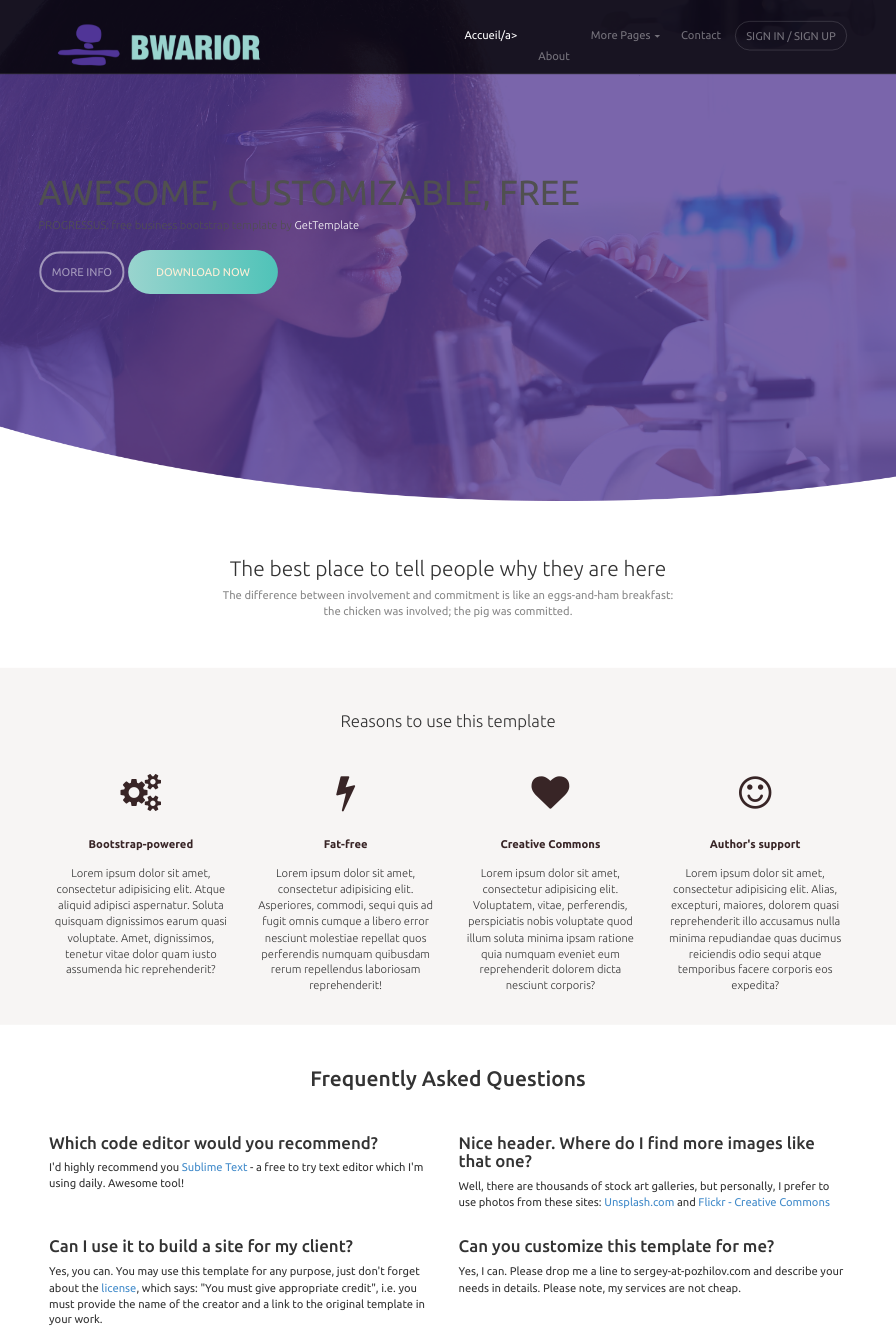
Repository: madaliou/bwarior
Page: index.html
These files come from the project's save history. The page is drawn as it stood at one moment and after the next save; the edit follows.
The browser window is 1280 px wide. The pictures show the part of the page from y = 0 to 1920 px (the page is 2676 px tall), at 70% of full size.
Some web libraries are served in a nearby version.

Above is the page before, as saved 2020-09-01 07:11:04.

### index.html
<!DOCTYPE html>
<html lang="en">
<head>
	<meta charset="utf-8">
	<meta name="viewport"    content="width=device-width, initial-scale=1.0">
	<meta name="description" content="">
	<meta name="author"      content="Sergey Pozhilov (GetTemplate.com)">

	<title>Progressus - Free business bootstrap template by GetTemplate</title>

	<link rel="shortcut icon" href="assets/images/gt_favicon.png">

	<link rel="stylesheet" media="screen" href="http://fonts.googleapis.com/css?family=Open+Sans:300,400,700">
	<link rel="stylesheet" href="assets/css/bootstrap.min.css">
	<link rel="stylesheet" href="assets/css/font-awesome.min.css">

	<!-- Custom styles for our template -->
	<link rel="stylesheet" href="assets/css/bootstrap-theme.css" media="screen" >
	<link rel="stylesheet" href="assets/css/main.css">

	<!-- HTML5 shim and Respond.js IE8 support of HTML5 elements and media queries -->
	<!--[if lt IE 9]>
	<script src="assets/js/html5shiv.js"></script>
	<script src="assets/js/respond.min.js"></script>
	<![endif]-->
</head>

<body class="home">
	<!-- Fixed navbar -->
	<div class="navbar navbar-inverse navbar-fixed-top headroom" >
		<div class="container">
			<div class="navbar-header">
				<!-- Button for smallest screens -->
				<button type="button" class="navbar-toggle" data-toggle="collapse" data-target=".navbar-collapse"><span class="icon-bar"></span> <span class="icon-bar"></span> <span class="icon-bar"></span> </button>
				<a class="navbar-brand" href="index.html"><img src="assets/images/logo.png" alt="Progressus HTML5 template"></a>
			</div>
			<div class="navbar-collapse collapse">
				<ul class="nav navbar-nav pull-right">
					<li class="active"><a href="#">Accueil/a></li>
					<li><a href="about.html">About</a></li>
					<li class="dropdown">
						<a href="#" class="dropdown-toggle" data-toggle="dropdown">More Pages <b class="caret"></b></a>
						<ul class="dropdown-menu">
							<li><a href="sidebar-left.html">Left Sidebar</a></li>
							<li class="active"><a href="sidebar-right.html">Right Sidebar</a></li>
						</ul>
					</li>
					<li><a href="contact.html">Contact</a></li>
					<li><a class="btn" href="signin.html">SIGN IN / SIGN UP</a></li>
				</ul>
			</div><!--/.nav-collapse -->
		</div>
	</div>
	<!-- /.navbar -->

	<!-- Header -->
	<header id="head">
		<div class="container">
			<div class="row">
				<h1 class="lead">AWESOME, CUSTOMIZABLE, FREE</h1>
				<p class="tagline">PROGRESSUS: free business bootstrap template by <a href="http://www.gettemplate.com/?utm_source=progressus&amp;utm_medium=template&amp;utm_campaign=progressus">GetTemplate</a></p>
				<p><a class="btn btn-default btn-lg" role="button">MORE INFO</a> <a class="btn btn-action btn-lg" role="button">DOWNLOAD NOW</a></p>
			</div>
		</div>
	</header>
	<!-- /Header -->

	<!-- Intro -->
	<div class="container text-center">
		<br> <br>
		<h2 class="thin">The best place to tell people why they are here</h2>
		<p class="text-muted">
			The difference between involvement and commitment is like an eggs-and-ham breakfast:<br>
			the chicken was involved; the pig was committed.
		</p>
	</div>
	<!-- /Intro-->

	<!-- Highlights - jumbotron -->
	<div class="jumbotron top-space">
		<div class="container">

			<h3 class="text-center thin">Reasons to use this template</h3>

			<div class="row">
				<div class="col-md-3 col-sm-6 highlight">
					<div class="h-caption"><h4><i class="fa fa-cogs fa-5"></i>Bootstrap-powered</h4></div>
					<div class="h-body text-center">
						<p>Lorem ipsum dolor sit amet, consectetur adipisicing elit. Atque aliquid adipisci aspernatur. Soluta quisquam dignissimos earum quasi voluptate. Amet, dignissimos, tenetur vitae dolor quam iusto assumenda hic reprehenderit?</p>
					</div>
				</div>
				<div class="col-md-3 col-sm-6 highlight">
					<div class="h-caption"><h4><i class="fa fa-flash fa-5"></i>Fat-free</h4></div>
					<div class="h-body text-center">
						<p>Lorem ipsum dolor sit amet, consectetur adipisicing elit. Asperiores, commodi, sequi quis ad fugit omnis cumque a libero error nesciunt molestiae repellat quos perferendis numquam quibusdam rerum repellendus laboriosam reprehenderit! </p>
					</div>
				</div>
				<div class="col-md-3 col-sm-6 highlight">
					<div class="h-caption"><h4><i class="fa fa-heart fa-5"></i>Creative Commons</h4></div>
					<div class="h-body text-center">
						<p>Lorem ipsum dolor sit amet, consectetur adipisicing elit. Voluptatem, vitae, perferendis, perspiciatis nobis voluptate quod illum soluta minima ipsam ratione quia numquam eveniet eum reprehenderit dolorem dicta nesciunt corporis?</p>
					</div>
				</div>
				<div class="col-md-3 col-sm-6 highlight">
					<div class="h-caption"><h4><i class="fa fa-smile-o fa-5"></i>Author's support</h4></div>
					<div class="h-body text-center">
						<p>Lorem ipsum dolor sit amet, consectetur adipisicing elit. Alias, excepturi, maiores, dolorem quasi reprehenderit illo accusamus nulla minima repudiandae quas ducimus reiciendis odio sequi atque temporibus facere corporis eos expedita? </p>
					</div>
				</div>
			</div> <!-- /row  -->

		</div>
	</div>
	<!-- /Highlights -->

	<!-- container -->
	<div class="container">

		<h2 class="text-center top-space">Frequently Asked Questions</h2>
		<br>

		<div class="row">
			<div class="col-sm-6">
				<h3>Which code editor would you recommend?</h3>
				<p>I'd highly recommend you <a href="http://www.sublimetext.com/">Sublime Text</a> - a free to try text editor which I'm using daily. Awesome tool!</p>
			</div>
			<div class="col-sm-6">
				<h3>Nice header. Where do I find more images like that one?</h3>
				<p>
					Well, there are thousands of stock art galleries, but personally,
					I prefer to use photos from these sites: <a href="http://unsplash.com">Unsplash.com</a>
					and <a href="http://www.flickr.com/creativecommons/by-2.0/tags/">Flickr - Creative Commons</a></p>
			</div>
		</div> <!-- /row -->

		<div class="row">
			<div class="col-sm-6">
				<h3>Can I use it to build a site for my client?</h3>
				<p>
					Yes, you can. You may use this template for any purpose, just don't forget about the <a href="http://creativecommons.org/licenses/by/3.0/">license</a>,
					which says: "You must give appropriate credit", i.e. you must provide the name of the creator and a link to the original template in your work.
				</p>
			</div>
			<div class="col-sm-6">
				<h3>Can you customize this template for me?</h3>
				<p>Yes, I can. Please drop me a line to sergey-at-pozhilov.com and describe your needs in details. Please note, my services are not cheap.</p>
			</div>
		</div> <!-- /row -->

		<div class="jumbotron top-space">
			<h4>Dicta, nostrum nemo soluta sapiente sit dolor quae voluptas quidem doloribus recusandae facere magni ullam suscipit sunt atque rerum eaque iusto facilis esse nam veniam incidunt officia perspiciatis at voluptatibus. Libero, aliquid illum possimus numquam fuga.</h4>
     		<p class="text-right"><a class="btn btn-primary btn-large">Learn more »</a></p>
  		</div>

</div>	<!-- /container -->

	<!-- Social links. @TODO: replace by link/instructions in template -->
	<section id="social">
		<div class="container">
			<div class="wrapper clearfix">
				<!-- AddThis Button BEGIN -->
				<div class="addthis_toolbox addthis_default_style">
				<a class="addthis_button_facebook_like" fb:like:layout="button_count"></a>
				<a class="addthis_button_tweet"></a>
				<a class="addthis_button_linkedin_counter"></a>
				<a class="addthis_button_google_plusone" g:plusone:size="medium"></a>
				</div>
				<!-- AddThis Button END -->
			</div>
		</div>
	</section>
	<!-- /social links -->


	<footer id="footer" class="top-space">

		<div class="footer1">
			<div class="container">
				<div class="row">

					<div class="col-md-3 widget">
						<h3 class="widget-title">Contact</h3>
						<div class="widget-body">
							<p>+234 23 9873237<br>
								<a href="mailto:#">some.email@somewhere.com</a><br>
								<br>
								234 Hidden Pond Road, Ashland City, TN 37015
							</p>
						</div>
					</div>

					<div class="col-md-3 widget">
						<h3 class="widget-title">Follow me</h3>
						<div class="widget-body">
							<p class="follow-me-icons">
								<a href=""><i class="fa fa-twitter fa-2"></i></a>
								<a href=""><i class="fa fa-dribbble fa-2"></i></a>
								<a href=""><i class="fa fa-github fa-2"></i></a>
								<a href=""><i class="fa fa-facebook fa-2"></i></a>
							</p>
						</div>
					</div>

					<div class="col-md-6 widget">
						<h3 class="widget-title">Text widget</h3>
						<div class="widget-body">
							<p>Lorem ipsum dolor sit amet, consectetur adipisicing elit. Excepturi, dolores, quibusdam architecto voluptatem amet fugiat nesciunt placeat provident cumque accusamus itaque voluptate modi quidem dolore optio velit hic iusto vero praesentium repellat commodi ad id expedita cupiditate repellendus possimus unde?</p>
							<p>Eius consequatur nihil quibusdam! Laborum, rerum, quis, inventore ipsa autem repellat provident assumenda labore soluta minima alias temporibus facere distinctio quas adipisci nam sunt explicabo officia tenetur at ea quos doloribus dolorum voluptate reprehenderit architecto sint libero illo et hic.</p>
						</div>
					</div>

				</div> <!-- /row of widgets -->
			</div>
		</div>

		<div class="footer2">
			<div class="container">
				<div class="row">

					<div class="col-md-6 widget">
						<div class="widget-body">
							<p class="simplenav">
								<a href="#">Home</a> |
								<a href="about.html">About</a> |
								<a href="sidebar-right.html">Sidebar</a> |
								<a href="contact.html">Contact</a> |
								<b><a href="signup.html">Sign up</a></b>
							</p>
						</div>
					</div>

					<div class="col-md-6 widget">
						<div class="widget-body">
							<p class="text-right">
								Copyright &copy; 2014, Your name. Designed by <a href="http://gettemplate.com/" rel="designer">gettemplate</a>
							</p>
						</div>
					</div>

				</div> <!-- /row of widgets -->
			</div>
		</div>

	</footer>





	<!-- JavaScript libs are placed at the end of the document so the pages load faster -->
	<script src="http://ajax.googleapis.com/ajax/libs/jquery/1.10.2/jquery.min.js"></script>
	<script src="http://netdna.bootstrapcdn.com/bootstrap/3.0.0/js/bootstrap.min.js"></script>
	<script src="assets/js/headroom.min.js"></script>
	<script src="assets/js/jQuery.headroom.min.js"></script>
	<script src="assets/js/template.js"></script>
</body>
</html>

Loaded but not shown: assets/css/bootstrap.min.css (library); assets/css/font-awesome.min.css (library); assets/css/bootstrap-theme.css (library); assets/js/headroom.min.js (library); assets/js/jQuery.headroom.min.js (common file); assets/js/template.js (common file); assets/css/main.css (1301 lines, source omitted)

After the next save:
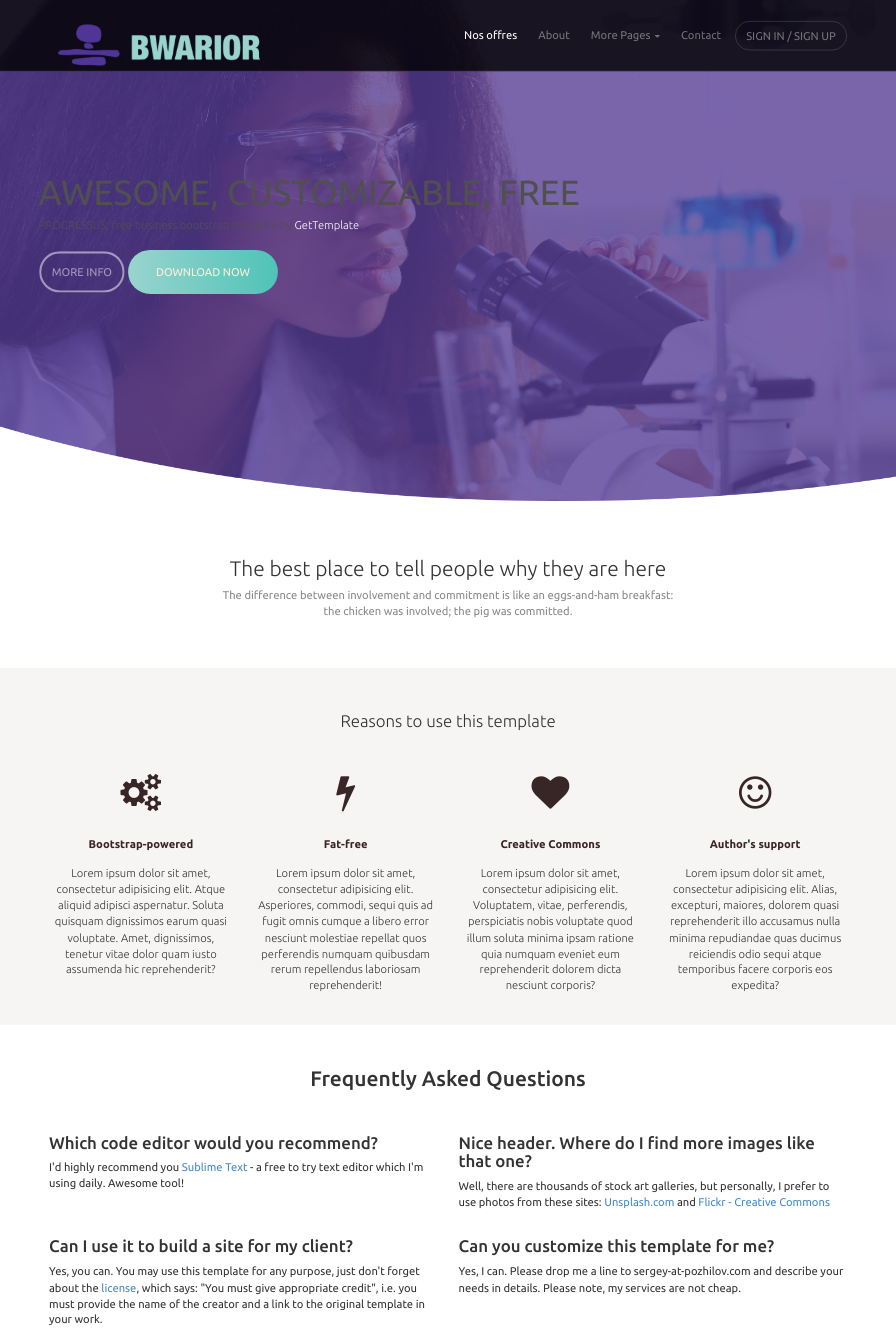
Saved 22 s later.
--- a/index.html
+++ b/index.html
@@ -36,7 +36,7 @@
 			</div>
 			<div class="navbar-collapse collapse">
 				<ul class="nav navbar-nav pull-right">
-					<li class="active"><a href="#">Accueil/a></li>
+					<li class="active"><a href="#">Nos offres</a></li>
 					<li><a href="about.html">About</a></li>
 					<li class="dropdown">
 						<a href="#" class="dropdown-toggle" data-toggle="dropdown">More Pages <b class="caret"></b></a>
